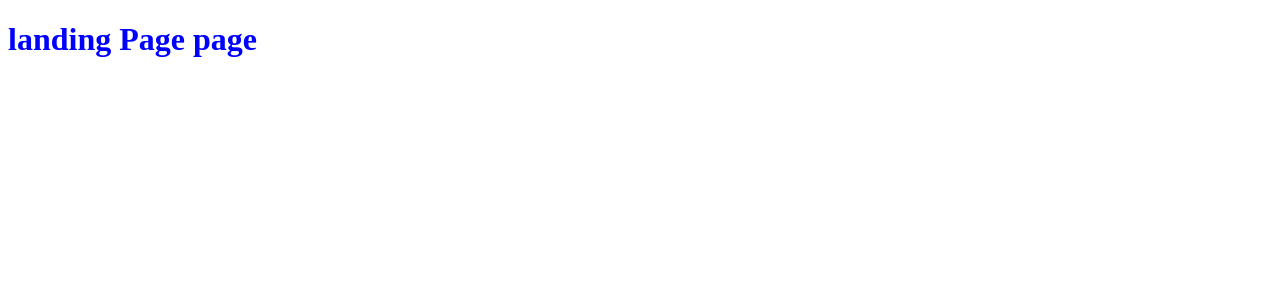
Repository: alihasnain763/node_toturial
Page: public/Home.html
The author's editor kept a copy of each file at every save. The page is drawn from the files as they stood at one save, then again after the next save.
The browser window is 1280 px wide. The pictures show the whole page.

Above is the page before, as saved 2023-01-01 06:54:48.

After the next save:
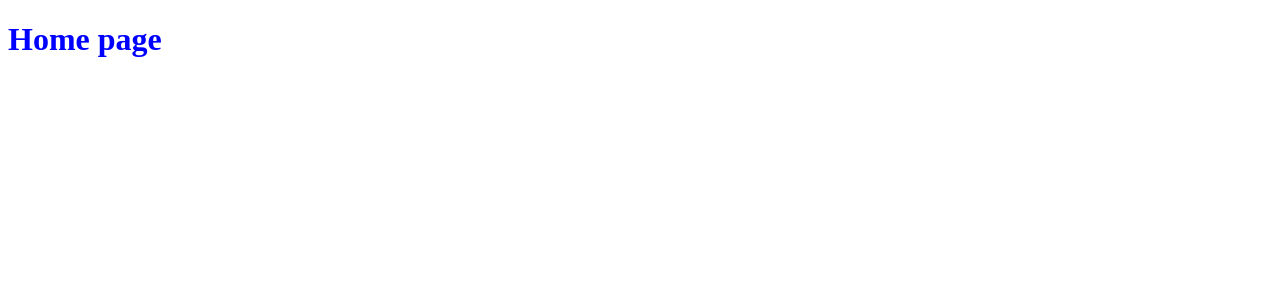
Saved 8 s later.
--- a/public/Home.html
+++ b/public/Home.html
@@ -13,6 +13,6 @@
     </style>
 </head>
 <body>
-    <h1>landing Page page</h1>
+    <h1>Home page</h1>
 </body>
 </html>
